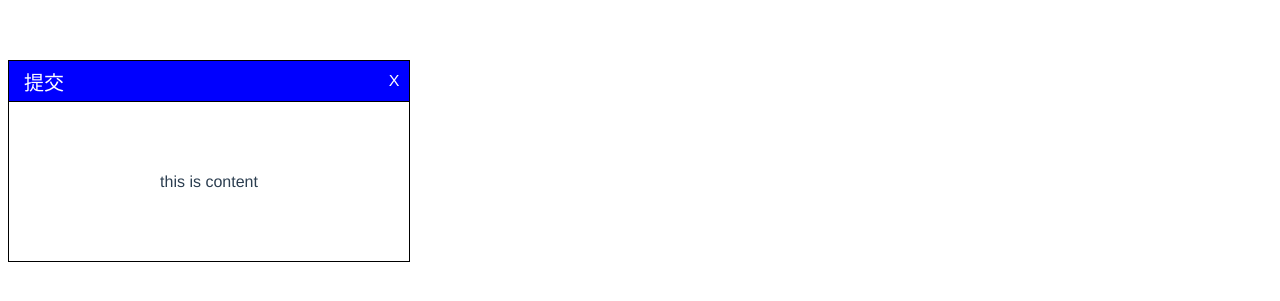
Repository: iulucky6/yf_messageBox
Page: /#/
An editor plug-in stored every save of this project. The page is shown before and after the next save, followed by the edit.
The browser window is 1280 px wide. The pictures show the whole page.
The project was rebuilt for these pictures with package versions that can differ from the ones it lists, and the page was loaded fresh each time. Also part of the build but not shown: src/components/HelloWorld.vue.

Above is the page before, as saved 2023-09-14 11:35:38.

After the next save:
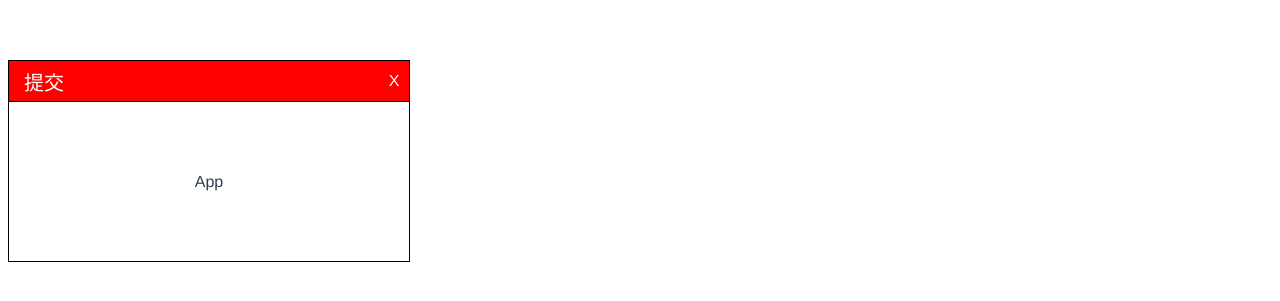
Saved 32 s later.
--- a/src/App.vue
+++ b/src/App.vue
@@ -2,19 +2,19 @@
   <div id="app">
     <!-- 决定路由组件配置，匹配到的组件会在这里渲染 -->
     <!-- <router-view/> -->
-    <MessageBox title="提交"></MessageBox>
+    <MessageBox title="提交" content="App" type="danger"></MessageBox>
   </div>
 </template>
 
 <script>
 import { MessageBox } from "./components";
-console.log(MessageBox,"MessageBox");
+console.log(MessageBox, "MessageBox");
 
 export default {
   name: "App",
-  components:{
-    MessageBox
-  }
+  components: {
+    MessageBox,
+  },
 };
 </script>
 
